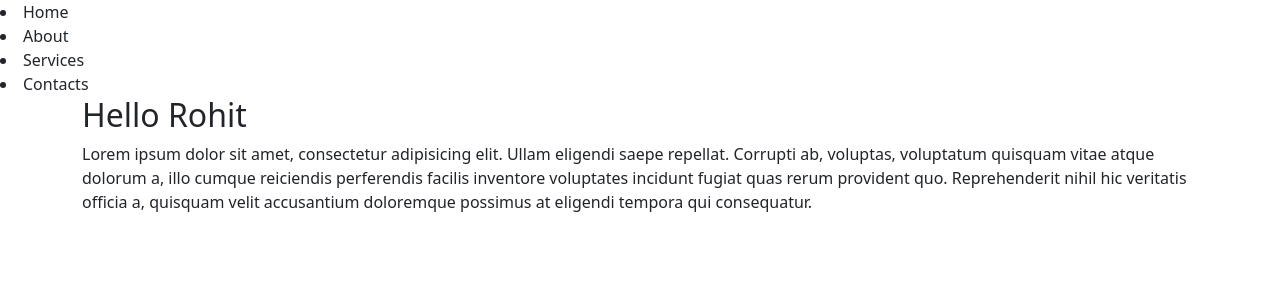
Repository: Rohit-foryou/Text-Utils
Page: /
The author's editor kept a copy of each file at every save. The page is drawn from the files as they stood at one save, then again after a run of saves.
The browser window is 1280 px wide. The pictures show the whole page.
The project was rebuilt for these pictures with package versions that can differ from the ones it lists, and the page was loaded fresh each time. Also part of the build but not shown: src/index.css, src/App.css.

Above is the page before, as saved 2023-12-20 14:57:56.

After the next 3 saves:
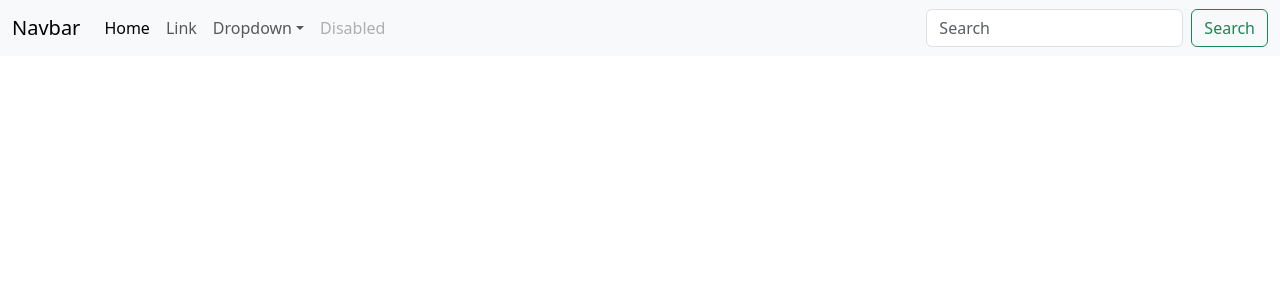
The 3 saves are shown as one change because 2 did not build or start.
The last was saved 5 min 18 s later.
--- a/src/App.js
+++ b/src/App.js
@@ -4,22 +4,42 @@ let name = "Rohit";
 function App() {
   return (
     <>
-      <nav>
-        <li>Home</li>
-        <li>About</li>
-        <li>Services</li>
-        <li>Contacts</li>
+      <nav class="navbar navbar-expand-lg bg-body-tertiary">
+        <div class="container-fluid">
+          <a class="navbar-brand" href="#">Navbar</a>
+          <button class="navbar-toggler" type="button" data-bs-toggle="collapse" data-bs-target="#navbarSupportedContent" aria-controls="navbarSupportedContent" aria-expanded="false" aria-label="Toggle navigation">
+            <span class="navbar-toggler-icon"></span>
+          </button>
+          <div class="collapse navbar-collapse" id="navbarSupportedContent">
+            <ul class="navbar-nav me-auto mb-2 mb-lg-0">
+              <li class="nav-item">
+                <a class="nav-link active" aria-current="page" href="#">Home</a>
+              </li>
+              <li class="nav-item">
+                <a class="nav-link" href="#">Link</a>
+              </li>
+              <li class="nav-item dropdown">
+                <a class="nav-link dropdown-toggle" href="#" role="button" data-bs-toggle="dropdown" aria-expanded="false">
+                  Dropdown
+                </a>
+                <ul class="dropdown-menu">
+                  <li><a class="dropdown-item" href="#">Action</a></li>
+                  <li><a class="dropdown-item" href="#">Another action</a></li>
+                  <li><hr class="dropdown-divider"/></li>
+                  <li><a class="dropdown-item" href="#">Something else here</a></li>
+                </ul>
+              </li>
+              <li class="nav-item">
+                <a class="nav-link disabled" aria-disabled="true">Disabled</a>
+              </li>
+            </ul>
+            <form class="d-flex" role="search">
+              <input class="form-control me-2" type="search" placeholder="Search" aria-label="Search"/>
+              <button class="btn btn-outline-success" type="submit">Search</button>
+            </form>
+          </div>
+        </div>
       </nav>
-
-      <div className="container">
-        <h2>Hello {name}</h2>
-        Lorem ipsum dolor sit amet, consectetur adipisicing elit. Ullam eligendi
-        saepe repellat. Corrupti ab, voluptas, voluptatum quisquam vitae atque
-        dolorum a, illo cumque reiciendis perferendis facilis inventore
-        voluptates incidunt fugiat quas rerum provident quo. Reprehenderit nihil
-        hic veritatis officia a, quisquam velit accusantium doloremque possimus
-        at eligendi tempora qui consequatur.
-      </div>
     </>
   );
 }
